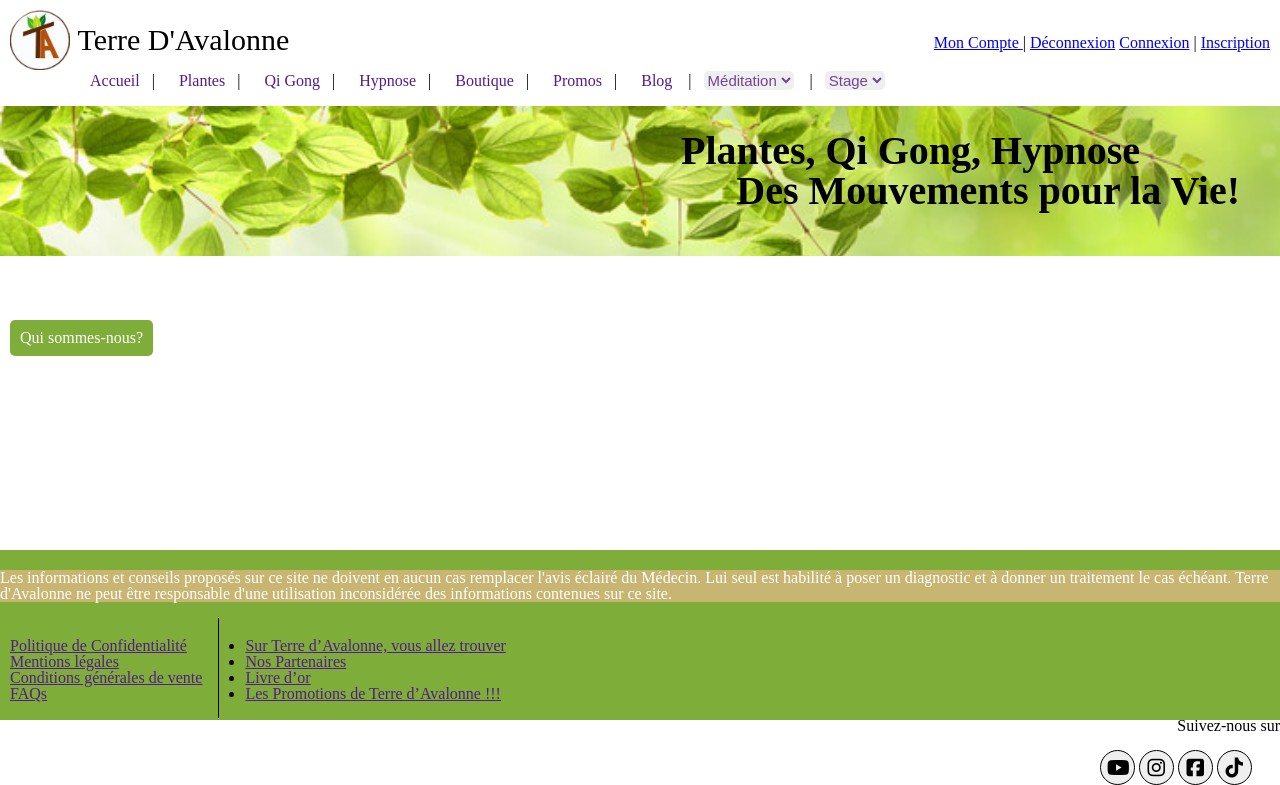
Repository: Michelhof1978/TerreDavalonne
Page: templates/base.html
An editor plug-in stored every save of this project. The page is shown before and after the next save, followed by the edit.
The browser window is 1280 px wide. The pictures show the whole page.
Some web fonts or font styles are not loaded; a fallback is used. Some web libraries are served in a nearby version.

Above is the page before, as saved 2022-05-04 16:06:42.

### templates/base.html
<!DOCTYPE html>
<html lang="fr">

<head>
  <meta charset="UTF-8">
  <meta http-equiv="X-UA-Compatible" content="IE=edge">
  <meta name="viewport" content="width=device-width, initial-scale=1.0">
  <title>Newsletter</title>
  <link rel="stylesheet" href="/assets/reset.css" type="text/css">
  <script src="https://kit.fontawesome.com/a9becd4f18.js" crossorigin="anonymous"></script>
  <link rel="preconnect" href="https://fonts.googleapis.com">
  <link rel="preconnect" href="https://fonts.gstatic.com" crossorigin>
  <link
    href="https://fonts.googleapis.com/css2?family=Cairo:wght@500&family=Dancing+Script:wght@600;700&family=Ms+Madi&family=Updock&display=swap"
    rel="stylesheet">
</head>

<body>
  <header>
    <div style="float: left; padding:auto">
      <img class="logoTerreDavalonne" src="/assets/img/logoTerreDavalonne.png" alt="logo terre d'avalonne">
    </div>
    <div style="padding:10px">
      <h1 style="margin-top:15px">&nbspTerre D'Avalonne</h1>
    </div>

    <div class="login">

      <a href="{{path('account')}}">Mon Compte <small> </small></a> | <a href="{{path('app_logout')}}">Déconnexion</a>

      <a href="{{path('app_login')}}">Connexion</a> | <a href="{{path('registrer')}}">Inscription</a>

    </div>
    </div>


    <nav>
      <ul class="nav">
        <li class="nav-item">
          <a class="nav-link" href="">Accueil</a>&nbsp&nbsp&nbsp|
        </li>

        <li class="nav-item">
          <a class="nav-link" href="">Plantes</a>&nbsp&nbsp&nbsp|
        </li>

        <li class="nav-item">
          <a class="nav-link" href="">Qi Gong</a>&nbsp&nbsp&nbsp|
        </li>

        <li class="nav-item">
          <a href="">Hypnose</a>&nbsp&nbsp&nbsp|
        </li>

        <li class="nav-item">
          <a class="nav-link" href="">Boutique</a>&nbsp&nbsp&nbsp|
        </li>

        <li class="nav-item">
          <a class="nav-link" href="">Promos</a>&nbsp&nbsp&nbsp|
        </li>

        <li class="nav-item">
          <a class="nav-link" href="">Blog </a>&nbsp&nbsp&nbsp|&nbsp&nbsp
        </li>

        <select class=form-control>
          <option value=un>Méditation</option>
          <option value=deux>Deux</option>
          <option value=trois>Trois</option>
        </select>
        &nbsp&nbsp&nbsp|&nbsp&nbsp
        <select class=form-control>
          <option value=un>Stage</option>
          <option value=deux>Deux</option>
          <option value=trois>Trois</option>
        </select>
      </ul>

    </nav>




  </header>

  <div class="banniere">
    <div class="btn-banniere">
      <a class="link-banniere" href="">Qui sommes-nous?</a>
    </div>

    <div class="textBaniere ">Plantes, Qi Gong, Hypnose &nbsp&nbsp&nbsp&nbsp&nbsp&nbsp&nbsp&nbsp&nbsp<br>
      Des Mouvements pour la Vie!
    </div>
  </div>


















  <footer>
    <p class="warning"> Les informations et conseils proposés sur ce site ne doivent en aucun cas remplacer l'avis éclairé du Médecin.
      Lui seul est habilité à poser un diagnostic et à donner un traitement le cas échéant. Terre d'Avalonne ne peut être responsable d'une utilisation inconsidérée des informations contenues sur ce site.
    </p>
    <div style="display: flex;">
      <ul class="ulFooter">
        <li>
          <a href="">Politique de Confidentialité</a>
        </li>
        <li>
          <a href="">Mentions légales</a>
        </li>
        <li class>
          <a href="">Conditions générales de vente</a>
        </li>
        <li class>
          <a href="">FAQs</a>
        </li>
      </ul>
      <div class="footer-separator"></div>
      <ul class="ulFooter">
        <li>
          <a href="">Sur Terre d’Avalonne, vous allez trouver</a>
        </li>
        <li>
          <a href="">Nos Partenaires</a>
        </li>
        <li class>
          <a href="">Livre d’or</a>
        </li>
        <li class>
          <a href="">Les Promotions de Terre d’Avalonne !!!</a>
        </li>
      </ul>
    </div>

    <div class="reseaux">
      <p class="suivez-nous">Suivez-nous sur</p>
      <div class="reseauButton">
        <button class="reseaux1"><a href="https://www.youtube.com/results?search_query=terre+d%27avalonne" <i
            class="fa-brands fa-youtube" style="font-size:20px;text-decoration:none;color:black;"></i></a></button>
        <button class="reseaux2"><a href="https://www.instagram.com/terredavalonne/" <i class="fa fa-instagram"
            style="font-size:20px;text-decoration:none;color:black;"></i></a></button>
        <button class="reseaux3"><a href="https://www.facebook.com/Avalonne.naturopathe.lyon/" <i
            class="fa-brands fa-facebook-square"
            style="font-size:20px;text-decoration:none;color:black;"></i></a></button>
        <button class="reseaux4"><a href="https://www.tiktok.com/@terre_d_avalonne" <i class="fa-brands fa-tiktok"
            style="font-size:20px;text-decoration:none;color:black;"></i></a></button>

      </div>

  </footer>



</body>

<style>
  .logoTerreDavalonne {
    width: 60px;
    height: 60px;
    margin-left: 10px;
    margin-top: 10px;
  }

  h1 {
    font-size: 30px;
    margin: auto;
  }

  .login {
    text-align: end;
    color: black;
    text-decoration: none;
    margin-right: 10px;
    margin-top: -30px;
  }

  ul {
    padding-top: 20px;
    font-size: 1rem;

  }

  .nav-item {
    display: inline;
    padding-left: 20px;

  }

  nav a {
    text-decoration: none;
  }


  nav a:hover {
    color: #0d3d9e;
  }

  .form-control {
    border-radius: 5px;
    border: 0px solid;
    font-size: 15px;
    color: rgba(89, 37, 135, 0.845);
  }

  .banniere {
    background-image: url("/assets/img/BanniereProvisoir.jpg");
    background-size: 100%;
    height: 150px;

  }



  .textBaniere {

    padding-right: 40px;
    font-size: 40px;
    text-align: right;
    padding-top: 25px;
    font-weight: 600;
    font-family: 'Cairo', sans-serif;
    font-family: 'Dancing Script', cursive;
    font-family: 'Ms Madi', cursive;
    font-family: 'Updock', cursive;

  }

  .link-banniere{
    text-decoration: none;
    color: white;
  }

  .btn-banniere {

    background-color: #7FAD39;
    padding: 10px;
    border-radius: 5px;
    cursor: pointer;
    position: absolute;
    top: 43%;
    margin: 10px;
    text-decoration: none;
    color: white;

  }

  .btn-banniere:hover {
    background-color: #99f80a;
  }


  .reseauButton {
    padding-right: 28px;
  }

  footer {
    position: absolute;
    bottom: 0;
    width: 100%;
    height: 150px;
    background-color: #7FAD39;
    padding-top: 20px;
  }

  .warning{
    height: 2em;
    background-color: #C8B572 ;
    color: white;
  }

  .ulFooter {
    text-align: left;
    padding-left: 10px;

  }



  .footer-separator {
    width: 1px;
    margin-left: 16px;
    margin-right: 16px;
    background-color: #000;
  }

  .reseaux {
    text-align: end;
  }

  .reseaux1,
  .reseaux2,
  .reseaux3,
  .reseaux4 {
    height: 35px;
    width: 35px;
    border-radius: 50%;
    border: 1px solid #000;
    text-align: end;
    padding-right: 8px;
  }

  .reseaux1:hover {

    background-color: rgba(224, 107, 107, 0.919);
  }

  .reseaux2:hover {
    background-color: rgba(168, 73, 168, 0.848);
  }

  .reseaux3:hover {
    background-color: rgba(63, 162, 189, 0.554);
  }

  .reseaux4:hover {
    background-color: rgb(230, 157, 12);
  }
</style>

</html>

### assets/reset.css

  html,
  body,
  div,
  span,
  applet,
  object,
  iframe,
  h1,
  h2,
  h3,
  h4,
  h5,
  h6,
  p,
  blockquote,
  pre,
  a,
  abbr,
  acronym,
  address,
  big,
  cite,
  code,
  del,
  dfn,
  em,
  img,
  ins,
  kbd,
  q,
  s,
  samp,
  small,
  strike,
  strong,
  sub,
  sup,
  tt,
  var,
  b,
  u,
  i,
  center,
  dl,
  dt,
  dd,
  ol,
  ul,
  li,
  fieldset,
  form,
  label,
  legend,
  table,
  caption,
  tbody,
  tfoot,
  thead,
  tr,
  th,
  td,
  article,
  aside,
  canvas,
  details,
  embed,
  figure,
  figcaption,
  footer,
  header,
  hgroup,
  menu,
  nav,
  output,
  ruby,
  section,
  summary,
  time,
  mark,
  audio,
  video {
    margin-left: 0;
    margin-right: 0;
    margin-top: 0;
    padding: 0;
    border: 0;
    font-size: 100%;
    font: inherit;
    vertical-align: baseline;
  }

  /* HTML5 display-role reset for older browsers */
  article,
  aside,
  details,
  figcaption,
  figure,
  footer,
  header,
  hgroup,
  menu,
  nav,
  section {
    display: block;
  }

  body {
    line-height: 1;
  }

After the next save:
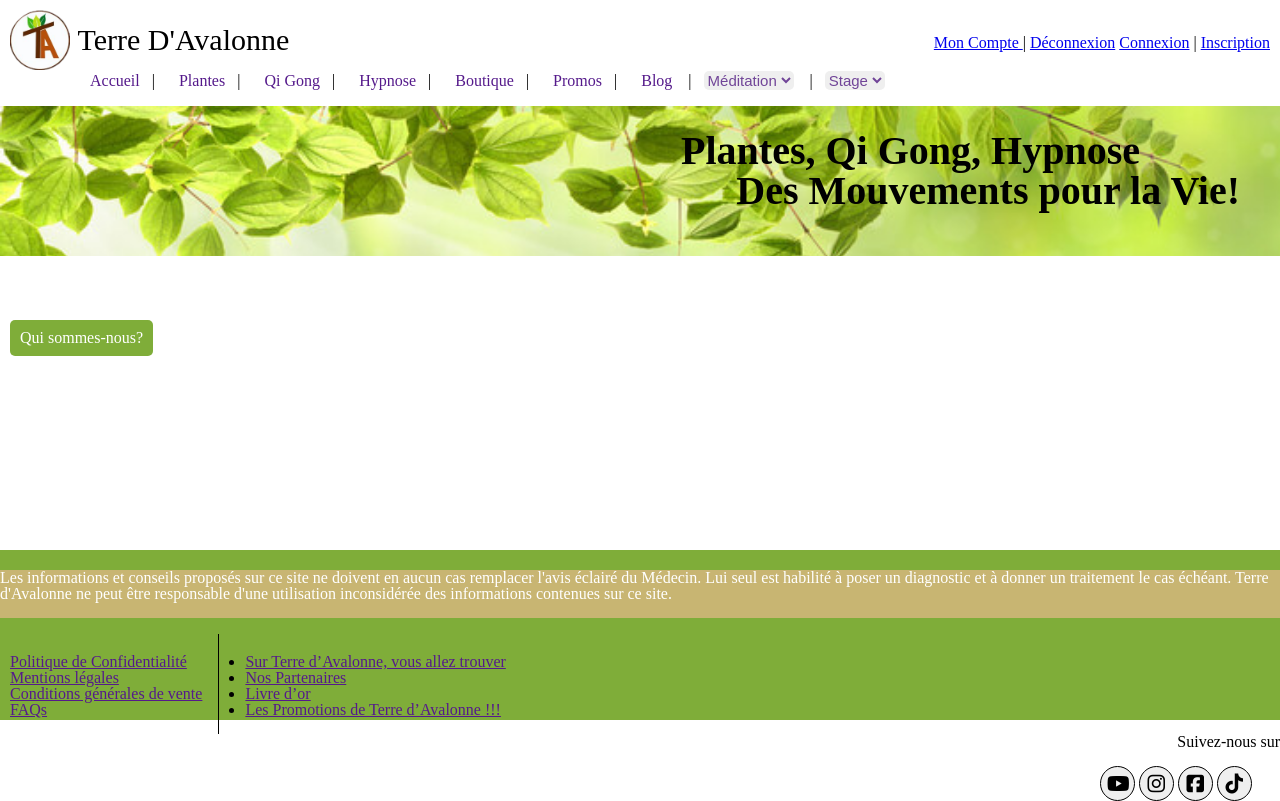
Saved 4 s later.
--- a/templates/base.html
+++ b/templates/base.html
@@ -278,7 +278,7 @@
   }
 
   .warning{
-    height: 2em;
+    height: 3em;
     background-color: #C8B572 ;
     color: white;
   }
